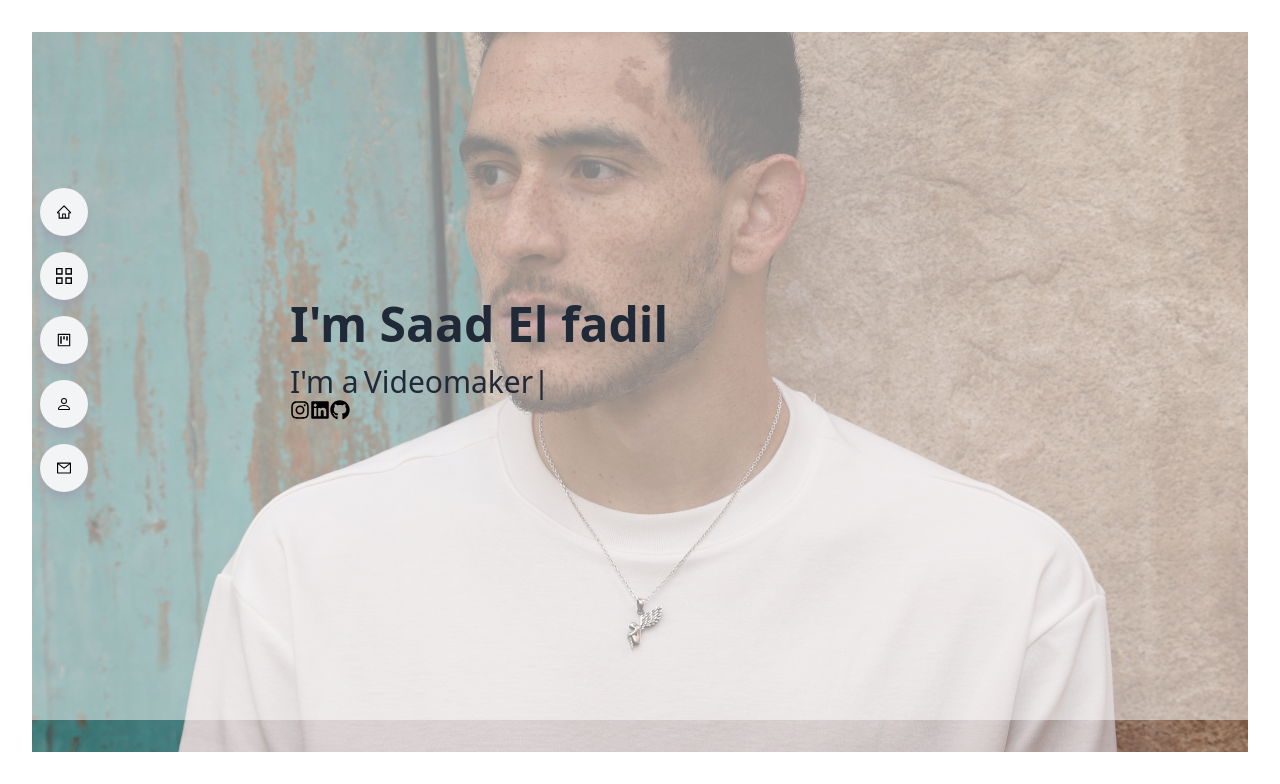
Repository: Saadelfadil/saadelfadil.github.io
Page: /
The author's editor kept a copy of each file at every save. The page is drawn from the files as they stood at one save, then again after the next save.
The browser window is 1280 px wide. The pictures show the whole page.
The project was rebuilt for these pictures with package versions that can differ from the ones it lists, and the page was loaded fresh each time. Also part of the build but not shown: vite.config.js.

Above is the page before, as saved 2023-02-26 17:07:17.

After the next save:
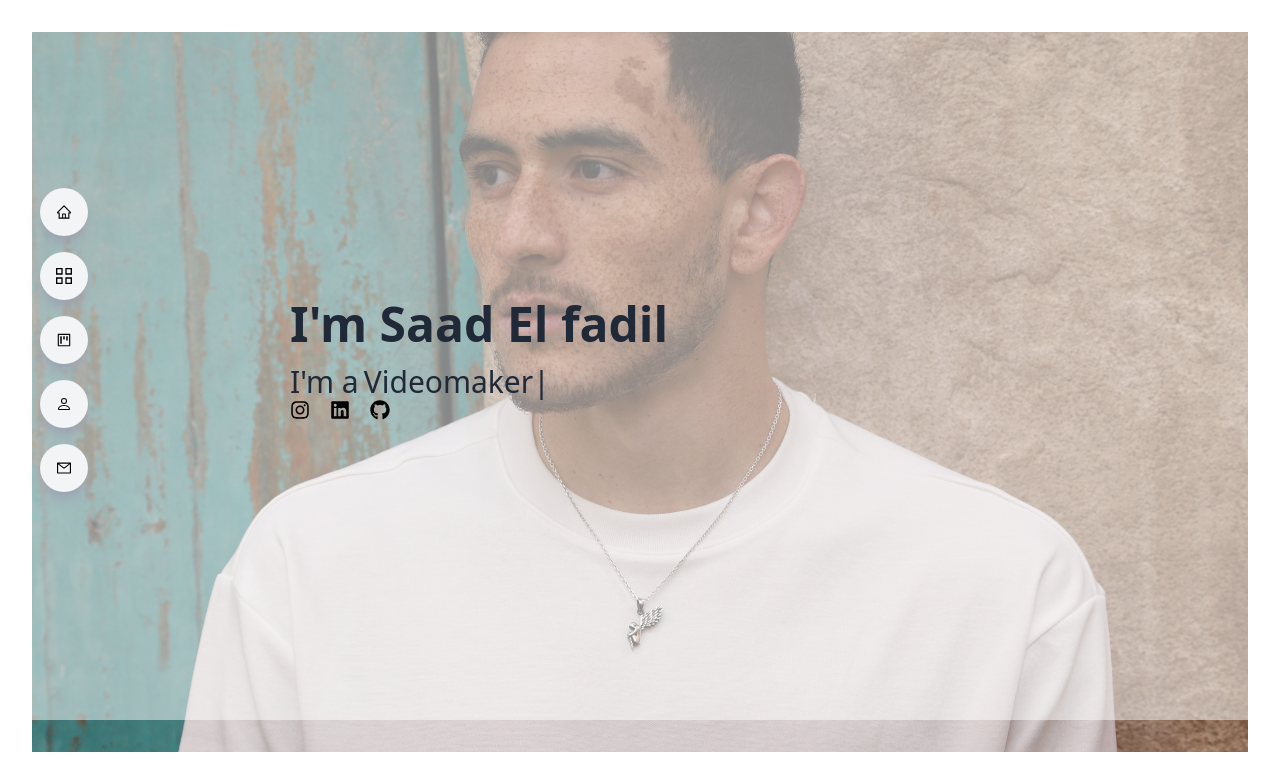
Saved 5 s later.
--- a/src/components/Main.jsx
+++ b/src/components/Main.jsx
@@ -23,7 +23,7 @@ const Main = () => {
                         style={{ fontSize: '1em', paddingLeft: "5px" }}
                     />
                 </h2>
-                <div className="flex justify-between max-w-[100px]">
+                <div className="flex justify-between max-w-[100px] w-full">
                         <FaInstagram size={20} className="cursor-pointer"/>
                         <FaLinkedin size={20} className="cursor-pointer"/>
                         <FaGithub size={20} className="cursor-pointer"/>
